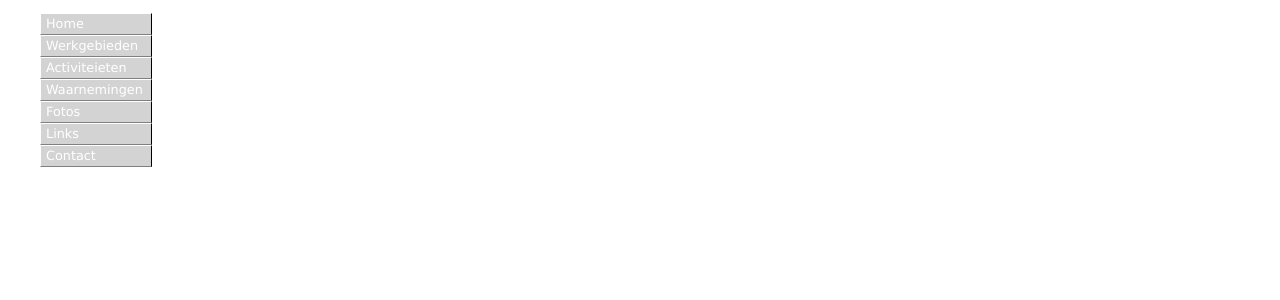
Repository: wimkok/diverse-testjes
Page: VWG/menu.html
The author's editor kept a record of every edit. The page is drawn from the files as they stood at one moment, then again after the next edit.
The browser window is 1280 px wide. The pictures show the whole page.

Above is the page before.

### VWG/menu.html
<!DOCTYPE html PUBLIC "-//W3C//DTD XHTML 1.0 Transitional//EN" "http://www.w3.org/TR/xhtml1/DTD/xhtml1-transitional.dtd">
<html xmlns="http://www.w3.org/1999/xhtml" xml:lang="en-gb" lang="en-gb">
<head>
    <link rel="stylesheet" type="text/css" href="./vwgalphen.css">
<script src="showDOM.js"></script>
</head>
<body>
    <ul>
    <li class='menu-item'><a href="index.html">Home</a></li>
    <li class='menu-item'><a href="werkgebied.htm">Werkgebieden</a></li>
    <li class='menu-item'><a href="intro.htm">Activiteieten</a></li>
    <li class='menu-item'><a href="waarneming.htm">Waarnemingen</a></li>
    <li class='menu-item'><a href="foto1.htm">Fotos</a></li>
    <li class='menu-item'><a href="links.htm">Links</a></li>
    <li class='menu-item'><a href="contact.htm">Contact</a></li>
    </ul>
</body>
</html>

### VWG/vwgalphen.css
body {
	font-family: verdana, helvetica, arial, sans-serif;
	font-size: 80%;
	margin: 0;
	padding: 0;
	background-color : #ffffff;

}
a {
	font-family: Verdana, Arial, Helvetica, sans-serif;
	color: black;
}

.withbg {
    background: url('./back.jpg');
    background-repeat: no-repeat;
}

#base {
	position: fixed;
    top: 160px;
    left: 200px;
	width: 60%;

}

#menu {
	position: fixed;
	width: 120px;
    height: 160px;
    top: 275px;
    left: 20px;
	color: green;
	border:none
}

.menu-item {
	background-color: lightgray;
	color:white;
    width: 110px;
    height: 20px;
    border-style: solid;
    border-color: white black gray white;
    border-width: 1px;
    border-top-style: solid;
    border-right-style: solid;
    border-bottom-style: solid;
    border-left-style: solid;
    vertical-align: 5px;
}

.menu-item  a:link, a:visited {
	position: relative;
	top: 2px;
	left: 5px;
	color:white;
	text-decoration: none;
}

.menu-item a:hover, a:active {
	color: black;
	text-decoration: none;
}

iframe {
	border:none;
	overflow:auto;
}

.item {
	border: none;
	text-align: left;
    display:table-cell;
    vertical-align: middle;
}

.boxed {
	position: relative;
	left: auto;
	right: auto;
	border: dotted;
	text-align: left;
	alignment-adjust: middle;
	width: 40%;
	font-size:120%;
}

p,h1,h2,h3,main {
	font-family: Verdana, Arial, Helvetica, sans-serif;
	font-size: 85%;
	color: black;
}


h1 {
	font-family: Verdana, Arial, Helvetica, sans-serif;
	font-size: 200%;

	font-weight: bold;
}

h2 {
	font-family: Verdana, Arial, Helvetica, sans-serif;
	font-size: 160%;

	font-weight: bold;
}


h3 {

	font-size: 110%;


}

### showDOM.js
function showDOM() {
    var retString = "";
    if (document.getElementById("showDOC") != null) {
    	document.getElementById("showDOC").innerHTML = retString + showDocument();
    } else {retString += showDocument()}
    if (document.getElementById("showDOM") != null) {
        retString += showElement(document.documentElement);
    	document.getElementById("showDOM").innerHTML = retString;
    }
}

function showDocument() {
    var retString = "<h1>Document Info</h1>";
    retString += printp("document.body=" + document.body.nodeName);
    retString += printp("document.doctype=" + document.doctype.name);
    if( document.documentMode == undefined)
    	retString += printp("document.documentMode=alleen IE");
    else
    	retString += printp("document.documentMode=" + document.documentMode);
    if( document.documentURI == undefined)
    	retString += printp("document.documentURI=Niet in IE");
    else
	    retString += printp("document.documentURI=" + document.documentURI);
    retString += printp("document.implementation=" + document.implementation);
    retString += printp("document.referrer=" + document.referrer);
    retString += printp("document.title=" + document.title);
    retString += printp("document.URL=" + document.URL);
    retString += printp("document.links.length=" + document.links.length);

    return retString;
}

function showElement( element ) {
    var retString = "<h1>Element ["+element.nodeName+"]</h1>";
    retString += showAttributes(document.documentElement);
    retString += printp("element.nodeName=" + element.nodeName);
    retString += printp("element.nodeType=" + element.nodeType);
    retString += printp("element.nodeValue=" + element.nodeValue);
    retString += printp("element.title=" + element.title);
    retString += printp("element.style=" + element.style);
    retString += "element.childNodes" + showChildNodes(element);
    return retString;
}

function showChildNodes( element ) {
    var retString = "";
    var nodes = element.childNodes;
    for (var i=0; i<nodes.length; i++) {
        retString += printp("node["+i+"]="+nodes[i].nodeName+":"+nodes[i].nodeType);
    }
    return retString;
}

function showAttributes( element ) {
    var retString = "<h2>Atrributes ["+element.nodeName+"]</h2>";
    var attribs = element.attributes;
    for (var i=0; i<attribs.length; i++) {
        retString += "<p>attrib["+i+"]="+attribs[i].name+":"+attribs[i].value+"</p>";
    }
    return retString;
}

function printp( tekst) {
    return "<p>"+tekst+"</p>";
}

After the next edit:
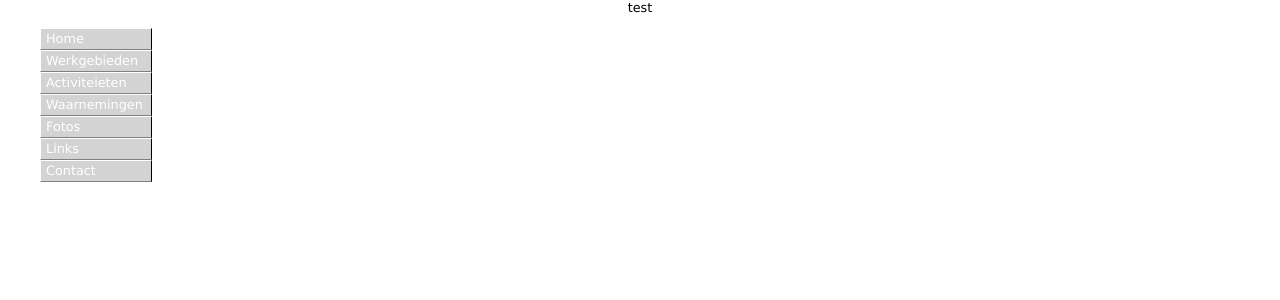
The edit:
--- a/VWG/menu.html
+++ b/VWG/menu.html
@@ -5,6 +5,7 @@
 <script src="showDOM.js"></script>
 </head>
 <body>
+    <center>test</center>
     <ul>
     <li class='menu-item'><a href="index.html">Home</a></li>
     <li class='menu-item'><a href="werkgebied.htm">Werkgebieden</a></li>
